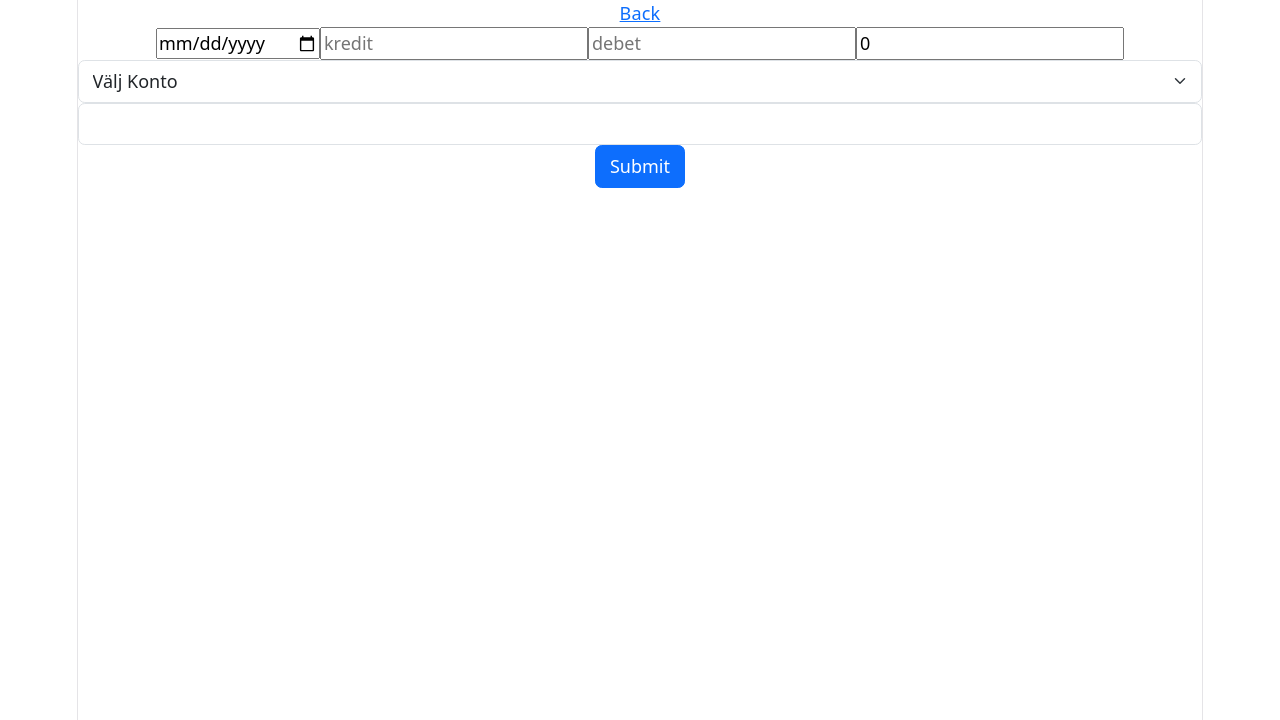
Repository: supply24/kidsaccount
Page: /action
The author's editor kept a copy of each file at every save. The page is drawn from the files as they stood at one save, then again after the next save.
The browser window is 1280 px wide. The pictures show the whole page.
The page's requests for data from a server got no answer. The project was rebuilt for these pictures with package versions that can differ from the ones it lists, and the page was loaded fresh each time. No one was signed in, and anything a server would have sent is missing. Also part of the build but not shown: vite.config.js, src/App.css, src/App.jsx, src/Homing.jsx, src/Emilia.jsx, src/Alexander.jsx.

Above is the page before, as saved 2026-08-01 05:21:56.

### index.html
<!doctype html>
<html lang="en">
  <head>
    <meta charset="UTF-8" />
    <link rel="icon" type="image/svg+xml" href="/favicon.svg" />
    <meta name="viewport" content="width=device-width, initial-scale=1.0" />
    <title>accounter</title>
    <link
  rel="stylesheet"
  href="https://cdn.jsdelivr.net/npm/bootstrap@5.3.5/dist/css/bootstrap.min.css"
  integrity="sha384-SgOJa3DmI69IUzQ2PVdRZhwQ+dy64/BUtbMJw1MZ8t5HZApcHrRKUc4W0kG879m7"
  crossorigin="anonymous"
/>
  </head>
  <body>
    <div id="root"></div>
    <script type="module" src="/src/main.jsx"></script>
  </body>
</html>

### src/main.jsx
import { StrictMode } from 'react'
import { createRoot } from 'react-dom/client'
import { createBrowserRouter, RouterProvider } from 'react-router-dom'
import './index.css'
import App from './App.jsx'
import Homing from "./Homing.jsx"
import Actions from "./Actions.jsx"
import Emilia from "./Emilia.jsx"
import Alexander from "./Alexander.jsx"

const router = createBrowserRouter ([
{path:"/",
  element:<Homing/>
}  ,
{path:"/action",
  element:<Actions/>
},
{path:"/emlia",
  element:<Emilia/>
},
{path:"/alex",
  element:<Alexander/>
}
])

createRoot(document.getElementById('root')).render(
  <StrictMode>
    <RouterProvider router={router}/>
  </StrictMode>,
)

### src/index.css
:root {
  --text: #6b6375;
  --text-h: #08060d;
  --bg: #fff;
  --border: #e5e4e7;
  --code-bg: #f4f3ec;
  --accent: #aa3bff;
  --accent-bg: rgba(170, 59, 255, 0.1);
  --accent-border: rgba(170, 59, 255, 0.5);
  --social-bg: rgba(244, 243, 236, 0.5);
  --shadow:
    rgba(0, 0, 0, 0.1) 0 10px 15px -3px, rgba(0, 0, 0, 0.05) 0 4px 6px -2px;

  --sans: system-ui, 'Segoe UI', Roboto, sans-serif;
  --heading: system-ui, 'Segoe UI', Roboto, sans-serif;
  --mono: ui-monospace, Consolas, monospace;

  font: 18px/145% var(--sans);
  letter-spacing: 0.18px;
  color-scheme: light dark;
  color: var(--text);
  background: var(--bg);
  font-synthesis: none;
  text-rendering: optimizeLegibility;
  -webkit-font-smoothing: antialiased;
  -moz-osx-font-smoothing: grayscale;

  @media (max-width: 1024px) {
    font-size: 16px;
  }
}

@media (prefers-color-scheme: dark) {
  :root {
    --text: #9ca3af;
    --text-h: #f3f4f6;
    --bg: #16171d;
    --border: #2e303a;
    --code-bg: #1f2028;
    --accent: #c084fc;
    --accent-bg: rgba(192, 132, 252, 0.15);
    --accent-border: rgba(192, 132, 252, 0.5);
    --social-bg: rgba(47, 48, 58, 0.5);
    --shadow:
      rgba(0, 0, 0, 0.4) 0 10px 15px -3px, rgba(0, 0, 0, 0.25) 0 4px 6px -2px;
  }

  #social .button-icon {
    filter: invert(1) brightness(2);
  }
}

body {
  margin: 0;
}

#root {
  width: 1126px;
  max-width: 100%;
  margin: 0 auto;
  text-align: center;
  border-inline: 1px solid var(--border);
  min-height: 100svh;
  display: flex;
  flex-direction: column;
  box-sizing: border-box;
}

h1,
h2 {
  font-family: var(--heading);
  font-weight: 500;
  color: var(--text-h);
}

h1 {
  font-size: 56px;
  letter-spacing: -1.68px;
  margin: 32px 0;
  @media (max-width: 1024px) {
    font-size: 36px;
    margin: 20px 0;
  }
}
h2 {
  font-size: 24px;
  line-height: 118%;
  letter-spacing: -0.24px;
  margin: 0 0 8px;
  @media (max-width: 1024px) {
    font-size: 20px;
  }
}
p {
  margin: 0;
}

code,
.counter {
  font-family: var(--mono);
  display: inline-flex;
  border-radius: 4px;
  color: var(--text-h);
}

code {
  font-size: 15px;
  line-height: 135%;
  padding: 4px 8px;
  background: var(--code-bg);
}

### src/Actions.jsx
import React, {useEffect, useState} from 'react'
import {Col, Row, Button, Form} from "react-bootstrap"
import { createClient } from "@supabase/supabase-js"
import {supabase} from "./data/Export/Supabase.jsx"
import number from "./data/Export/Numbers.jsx"
import {Link} from "react-router-dom"

const Actions = () => {
  const [konto, setKonto]=useState("")
  const [numbers, setNumbers]=useState("")
  const [datetime, setDatetime]=useState("")
  const [kredit, setKredit]=useState("")
  const [debet, setDebet]=useState("")
  const [kontox, setKontox]=useState("")
  const [accounter, setAccounter]=useState("")
  const [ setSumx ]=useState("")

  const handleNumbers =(e)=>{
    setNumbers(e.target.value)
  }

  const handleDatetime=(e)=>{
    setDatetime(e.target.value)
      }

      const handleKredit = (e)=>{
        setKredit(e.target.value)
      }
      const handleDebet = (e)=>{
        setDebet(e.target.value)
      }

      const handleKontox = (e)=>{
        setKontox(e.target.value)
      }
      const handleSumx = (e)=>{
        setSumx(e.target.value)
      }

            const sumx = (debet) - (kredit)

      const payload= [{
    konto :{ kredit, debet, kontox, sumx}, datetime
               }]
      const handleSubmit=async(e)=>{
        e.preventDefault()
          const {data, error} = await supabase.from("Accounting").insert(payload);
          if(error)
            console.error("error yes", error)
            else{
              console.error("konto info", data)
      }}

      useEffect(()=>{
        getCounts()
      },[]
      )

      async function getCounts(){
        const {data, error} = await supabase.from("Accounting").select("*")
        setAccounter(data)
        console.log("konton hämtade", data ? data: "no fetch")
      }




  return (
    <div>
      <Link to="/">Back</Link>
      <Form onSubmit={handleSubmit}>
<input type="date" value={datetime} onChange={handleDatetime} />
<input type="number" value={kredit} onChange={handleKredit} placeholder='kredit'/>
<input type="number" value={debet} onChange={handleDebet} placeholder='debet'/>
<input type="number" value={sumx} onChange={handleSumx} placeholder='sumx'/>

        <Form.Group>
          <Form.Select
          type="dropdown"
          onChange={(e)=>setKontox(e.target.value)}>
            <option value={kontox}>Välj Konto</option>
            {number.map((account)=>(
              <option key={account.id}>{account.kontox}</option>
            ))}
</Form.Select>
<Form.Control>
    </Form.Control>
        </Form.Group>
        <Button type="submit">Submit</Button>

         </Form>   </div>
  )
}

export default Actions

### src/data/Export/Supabase.jsx
import React from "react";
import {createClient} from '@supabase/supabase-js'

/*
const supabaseUrl = 'https://rfzavnmxfanengjuapns.supabase.co'
//const supabaseKey = process.env.SUPABASE_KEY
const supabaseKey= "eyJhbGciOiJIUzI1NiIsInR5cCI6IkpXVCJ9.eyJpc3MiOiJzdXBhYmFzZSIsInJlZiI6InJmemF2bm14ZmFuZW5nanVhcG5zIiwicm9sZSI6ImFub24iLCJpYXQiOjE3ODQ3NzUzMzMsImV4cCI6MjEwMDM1MTMzM30.uY-HxfNB9RcQpFpu75w03NXVAMYMurzfTEnpVtIfYG8"
const supabase = createClient(supabaseUrl, supabaseKey)
*/

export const supabase = createClient(
    import.meta.env.VITE_SUPABASE_URL,
    import.meta.env.VITE_SUPABASE_PUBLISHABLE_DEFAULT_KEY
)

### src/data/Export/Numbers.jsx
const number = [
    {id:"101", kontox:"128", debet:"", kredit:""},
    {id:"201", kontox:"199",  debet:"", kredit:""},
       {id:"301", kontox:"112",  debet:"", kredit:""},
           {id:"501", kontox:"562",  debet:"", kredit:""}
]

export default number

After the next save:
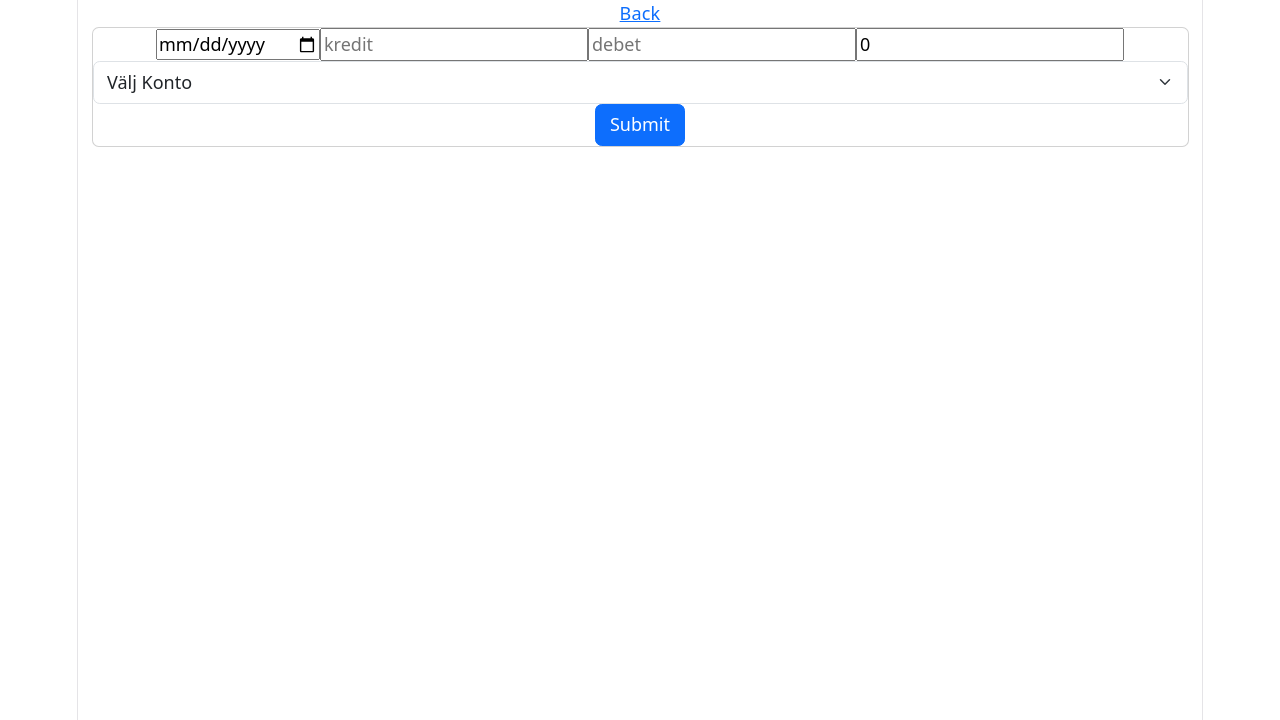
Saved 9 min 6 s later.
--- a/src/Actions.jsx
+++ b/src/Actions.jsx
@@ -1,5 +1,5 @@
 import React, {useEffect, useState} from 'react'
-import {Col, Row, Button, Form} from "react-bootstrap"
+import {Col, Row, Button, Form, Container, Card} from "react-bootstrap"
 import { createClient } from "@supabase/supabase-js"
 import {supabase} from "./data/Export/Supabase.jsx"
 import number from "./data/Export/Numbers.jsx"
@@ -68,7 +68,13 @@ const Actions = () => {
   return (
     <div>
       <Link to="/">Back</Link>
-      <Form onSubmit={handleSubmit}>
+
+        <Container>
+
+
+
+          <Card>
+            <Form onSubmit={handleSubmit}>
 <input type="date" value={datetime} onChange={handleDatetime} />
 <input type="number" value={kredit} onChange={handleKredit} placeholder='kredit'/>
 <input type="number" value={debet} onChange={handleDebet} placeholder='debet'/>
@@ -83,12 +89,13 @@ const Actions = () => {
               <option key={account.id}>{account.kontox}</option>
             ))}
 </Form.Select>
-<Form.Control>
-    </Form.Control>
         </Form.Group>
+
+
+
         <Button type="submit">Submit</Button>
 
-         </Form>   </div>
+         </Form> </Card></Container>  </div>
   )
 }
 
